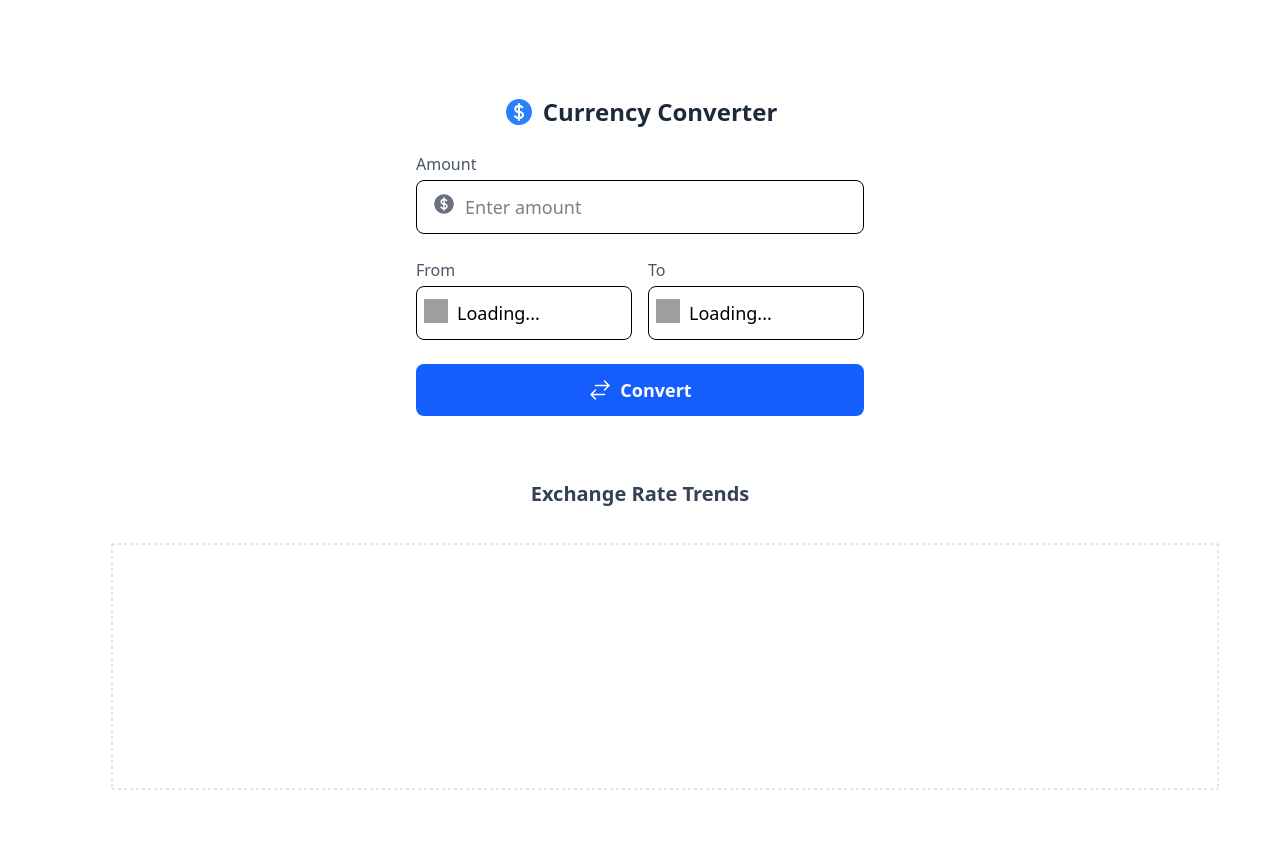
Repository: adrcstro/withcenter_developer_exam
Page: /
The author's editor kept a copy of each file at every save. The page is drawn from the files as they stood at one save, then again after the next save.
The browser window is 1280 px wide. The pictures show the whole page.
Pictures or frames that could not be fetched are drawn as grey boxes. The page's requests for data from a server got no answer. The project was rebuilt for these pictures with package versions that can differ from the ones it lists, and the page was loaded fresh each time. No one was signed in, and anything a server would have sent is missing. Also part of the build but not shown: vite.config.ts.

Above is the page before, as saved 2025-03-18 08:20:32.

### index.html
<!doctype html>
<html lang="en">
  <head>
    <meta charset="UTF-8" />
    <link rel="icon" type="image/svg+xml" href="/vite.svg" />
    <meta name="viewport" content="width=device-width, initial-scale=1.0" />
    <title>Vite + React + TS</title>
    <!-- public/index.html -->
  <link href="https://fonts.googleapis.com/css2?family=Montserrat:wght@300;400;500;700&display=swap" rel="stylesheet">


  </head>
  <body>
    <div id="root"></div>
    <script type="module" src="/src/main.tsx"></script>
  </body>
</html>

### src/main.tsx

import { createRoot } from 'react-dom/client'
import './index.css'
import App from './App.tsx'

createRoot(document.getElementById('root')!).render(

    <App />

)

### src/App.tsx
import { Provider } from "react-redux";
import { QueryClient, QueryClientProvider } from "@tanstack/react-query";
import { store } from "./Store/store";
import { useAppDispatch, useAppSelector } from "./Store/hooks";
import { setAmount, setFromCurrency, setToCurrency, setConvertedAmount } from "./Store/exchangeRateSlice";
import { useExchangeRates, useSupportedCurrencies } from "./Store/useExchangeRates";
import { ArrowsRightLeftIcon, CurrencyDollarIcon } from "@heroicons/react/24/solid";
import { AreaChart, Area, XAxis, YAxis, CartesianGrid, Tooltip, ResponsiveContainer } from "recharts";

const queryClient = new QueryClient();

// Define an interface for currencies
interface Currency {
  code: string;
  name: string;
}

const currencyToCountryCode: Record<string, string> = {
  USD: "us", EUR: "eu", GBP: "gb", JPY: "jp", AUD: "au", CAD: "ca", CHF: "ch", CNY: "cn",
  INR: "in", BRL: "br", ZAR: "za", MXN: "mx", AED: "ae", AFN: "af", ALL: "al", AMD: "am",
  ANG: "an", AOA: "ao", ARS: "ar", AWG: "aw", AZN: "az", BBD: "bb", BDT: "bd", BGN: "bg",
  BHD: "bh", BIF: "bi", BMD: "bm", BND: "bn", BOB: "bo", BSD: "bs", BTN: "bt", BWP: "bw",
  BYN: "by", BZD: "bz", CLP: "cl", COP: "co", CRC: "cr", CUP: "cu", CVE: "cv", CZK: "cz",
  DJF: "dj", DKK: "dk", DOP: "do", DZD: "dz", EGP: "eg", ERN: "er", ETB: "et", FJD: "fj",
  FKP: "fk", FOK: "fo", GEL: "ge", GGP: "gg", GHS: "gh", GIP: "gi", GMD: "gm", GNF: "gn",
  GTQ: "gt", GYD: "gy", HKD: "hk", HNL: "hn", HRK: "hr", HTG: "ht", HUF: "hu", IDR: "id",
  ILS: "il", ISK: "is", JMD: "jm", JOD: "jo", KES: "ke", KGS: "kg", KHR: "kh", KMF: "km",
  KRW: "kr", KWD: "kw", KYD: "ky", KZT: "kz", LAK: "la", LBP: "lb", LKR: "lk", LRD: "lr",
  LSL: "ls", LYD: "ly", MAD: "ma", MDL: "md", MGA: "mg", MKD: "mk", MMK: "mm", MNT: "mn",
  MOP: "mo", MRU: "mr", MUR: "mu", MVR: "mv", MWK: "mw", MYR: "my", MZN: "mz", NAD: "na",
  NGN: "ng", NIO: "ni", NOK: "no", NPR: "np", NZD: "nz", OMR: "om", PAB: "pa", PEN: "pe",
  PGK: "pg", PHP: "ph", PKR: "pk", PLN: "pl", PYG: "py", QAR: "qa", RON: "ro", RSD: "rs",
  RUB: "ru", RWF: "rw", SAR: "sa", SBD: "sb", SCR: "sc", SDG: "sd", SEK: "se", SGD: "sg",
  SHP: "sh", SLL: "sl", SOS: "so", SRD: "sr", SSP: "ss", STN: "st", SYP: "sy", SZL: "sz",
  THB: "th", TJS: "tj", TMT: "tm", TND: "tn", TOP: "to", TRY: "tr", TTD: "tt", TZS: "tz",
  UAH: "ua", UGX: "ug", UYU: "uy", UZS: "uz", VES: "ve", VND: "vn", VUV: "vu", WST: "ws",
  XAF: "cm", XCD: "ag", XOF: "bj", XPF: "pf", YER: "ye", ZMW: "zm", ZWL: "zw",
};


const getFlagUrl = (currencyCode: string) => {
  const countryCode = currencyToCountryCode[currencyCode] || currencyCode.toLowerCase();
  return `https://flagcdn.com/w40/${countryCode}.png`;
};

function CurrencyConverter() {
  const dispatch = useAppDispatch();
  const { fromCurrency, toCurrency, amount, convertedAmount } = useAppSelector((state) => state.exchangeRates);

  const { data: exchangeRates } = useExchangeRates(fromCurrency);
  const { data: currencies, isLoading } = useSupportedCurrencies();

  const handleConvert = () => {
    if (!exchangeRates) return;
    const rate = exchangeRates[toCurrency] || 1;
    dispatch(setConvertedAmount((parseFloat(amount) * rate).toFixed(2)));
  };

  const chartData = exchangeRates
    ? Object.entries(exchangeRates).map(([currency, rate]) => ({ currency, rate }))
    : [];

  return (
    <div className="flex flex-col items-center justify-center min-h-screen  bg-white p-8">
      <div className="flex flex-col items-center justify-center w-full max-w-7xl mt-8 px-8">
        <div className="bg-white rounded-xl p-8 w-full max-w-lg">
          <h2 className="text-2xl font-bold text-gray-800 text-center mb-6 flex items-center justify-center gap-2">
            <CurrencyDollarIcon className="w-8 h-8 text-blue-500" />
            Currency Converter
          </h2>

          <div className="mb-6">
            <label className="block text-gray-600 text-base font-medium">Amount</label>
            <div className="relative">
              <input
                type="number"
                value={amount}
                onChange={(e) => dispatch(setAmount(e.target.value))}
                className="w-full mt-1 pl-12 pr-4 py-3 border rounded-lg text-lg focus:outline-none focus:ring-2 focus:ring-blue-400"
                placeholder="Enter amount"
              />
              <CurrencyDollarIcon className="w-6 h-6 text-gray-500 absolute left-4 top-4" />
            </div>
          </div>

          <div className="flex gap-4 mb-6">
            {/* From Currency */}
            <div className="w-1/2">
  <label className="block text-gray-600 text-base font-medium">From</label>
  <div className="relative flex items-center">
    <img src={getFlagUrl(fromCurrency)} alt={fromCurrency} className="w-6 h-6 absolute left-2" />
    <select
      value={fromCurrency}
      onChange={(e) => dispatch(setFromCurrency(e.target.value))}
      className="w-full mt-1 pl-10 pr-4 py-3 border rounded-lg text-lg focus:outline-none focus:ring-2 focus:ring-blue-400 appearance-none bg-white"
    >
      {isLoading ? (
        <option>Loading...</option>
      ) : (
        currencies?.map(({ code, name }: Currency) => (
          <option key={code} value={code} style={{ backgroundImage: `url(${getFlagUrl(code)})`, backgroundSize: '20px', paddingLeft: '30px' }}>
            {code} - {name}
          </option>
        ))
      )}
    </select>
  </div>
</div>

<div className="w-1/2">
  <label className="block text-gray-600 text-base font-medium">To</label>
  <div className="relative flex items-center">
    <img src={getFlagUrl(toCurrency)} alt={toCurrency} className="w-6 h-6 absolute left-2" />
    <select
      value={toCurrency}
      onChange={(e) => dispatch(setToCurrency(e.target.value))}
      className="w-full mt-1 pl-10 pr-4 py-3 border rounded-lg text-lg focus:outline-none focus:ring-2 focus:ring-blue-400 appearance-none bg-white"
    >
      {isLoading ? (
        <option>Loading...</option>
      ) : (
        currencies?.map(({ code, name }: Currency) => (
          <option key={code} value={code} style={{ backgroundImage: `url(${getFlagUrl(code)})`, backgroundSize: '20px', paddingLeft: '30px' }}>
            {code} - {name}
          </option>
        ))
      )}
    </select>
  </div>
</div>

          </div>

          <button
            onClick={handleConvert}
            className="w-full bg-blue-600 hover:bg-blue-700 text-white text-lg font-semibold py-3 rounded-lg flex items-center justify-center gap-2 transition duration-300"
          >
            <ArrowsRightLeftIcon className="w-6 h-6" />
            Convert
          </button>

          {convertedAmount && (
            <div className="mt-6 text-center">
              <p className="text-gray-800 text-xl">
                {amount} {fromCurrency} = <span className="font-bold text-green-600">{convertedAmount} {toCurrency}</span>
              </p>
            </div>
          )}
        </div>
      </div>

      {/* Chart Section */}
      <div className="w-full max-w-7xl mt-8">
        <h2 className="text-xl font-semibold text-gray-700 text-center mb-4">Exchange Rate Trends</h2>
        <ResponsiveContainer width="100%" height={300}>
          <AreaChart data={chartData} margin={{ top: 20, right: 30, left: 20, bottom: 5 }}>
            <CartesianGrid strokeDasharray="3 3" />
            <XAxis dataKey="currency" />
            <YAxis />
            <Tooltip />
            <Area type="monotone" dataKey="rate" stroke="#8884d8" fill="#8884d8" />
          </AreaChart>
        </ResponsiveContainer>
      </div>
    </div>
  );
}

export default function App() {
  return (
    <Provider store={store}>
      <QueryClientProvider client={queryClient}>
        <CurrencyConverter />
      </QueryClientProvider>
    </Provider>
  );
}

### src/Store/store.ts
// src/store/store.ts
import { configureStore } from "@reduxjs/toolkit";
import exchangeRateReducer from "./exchangeRateSlice";

export const store = configureStore({
  reducer: {
    exchangeRates: exchangeRateReducer,
  },
});

export type RootState = ReturnType<typeof store.getState>;
export type AppDispatch = typeof store.dispatch;

### src/Store/hooks.ts
// src/store/hooks.ts
import { TypedUseSelectorHook, useDispatch, useSelector } from "react-redux";
import type { RootState, AppDispatch } from "./store";

export const useAppDispatch: () => AppDispatch = useDispatch;
export const useAppSelector: TypedUseSelectorHook<RootState> = useSelector;

### src/Store/exchangeRateSlice.ts
// src/store/exchangeRateSlice.ts
import { createSlice, PayloadAction } from "@reduxjs/toolkit";

interface ExchangeRateState {
  fromCurrency: string;
  toCurrency: string;
  amount: string;
  convertedAmount: string;
}

const initialState: ExchangeRateState = {
  fromCurrency: "USD",
  toCurrency: "EUR",
  amount: "",
  convertedAmount: "",
};

const exchangeRateSlice = createSlice({
  name: "exchangeRate",
  initialState,
  reducers: {
    setFromCurrency: (state, action: PayloadAction<string>) => {
      state.fromCurrency = action.payload;
    },
    setToCurrency: (state, action: PayloadAction<string>) => {
      state.toCurrency = action.payload;
    },
    setAmount: (state, action: PayloadAction<string>) => {
      state.amount = action.payload;
    },
    setConvertedAmount: (state, action: PayloadAction<string>) => {
      state.convertedAmount = action.payload;
    },
  },
});

export const { setFromCurrency, setToCurrency, setAmount, setConvertedAmount } = exchangeRateSlice.actions;
export default exchangeRateSlice.reducer;

### src/Store/useExchangeRates.ts
import { useQuery } from "@tanstack/react-query";
import axios from "axios";

const API_KEY = import.meta.env.VITE_EXCHANGE_RATE_API_KEY;
const BASE_URL = "https://v6.exchangerate-api.com/v6";

// Fetch all supported currencies
const fetchCurrencies = async () => {
  const response = await axios.get(`${BASE_URL}/${API_KEY}/codes`);
  return response.data.supported_codes.map(([code, name]: [string, string]) => ({
    code,
    name,
  }));
};

// Fetch exchange rates based on `fromCurrency`
const fetchExchangeRates = async (fromCurrency: string) => {
  const response = await axios.get(`${BASE_URL}/${API_KEY}/latest/${fromCurrency}`);
  return response.data.conversion_rates;
};

// Custom hook to get the exchange rates
export const useExchangeRates = (fromCurrency: string) => {
  return useQuery({
    queryKey: ["exchangeRates", fromCurrency],
    queryFn: () => fetchExchangeRates(fromCurrency),
    staleTime: 1000 * 60 * 10, // 10 minutes cache
  });
};

// Custom hook to get supported currencies
export const useSupportedCurrencies = () => {
  return useQuery({
    queryKey: ["supportedCurrencies"],
    queryFn: fetchCurrencies,
    staleTime: Infinity, // Cache forever (currencies don't change often)
  });
};

Loaded but not shown: src/index.css (common file)

After the next save:
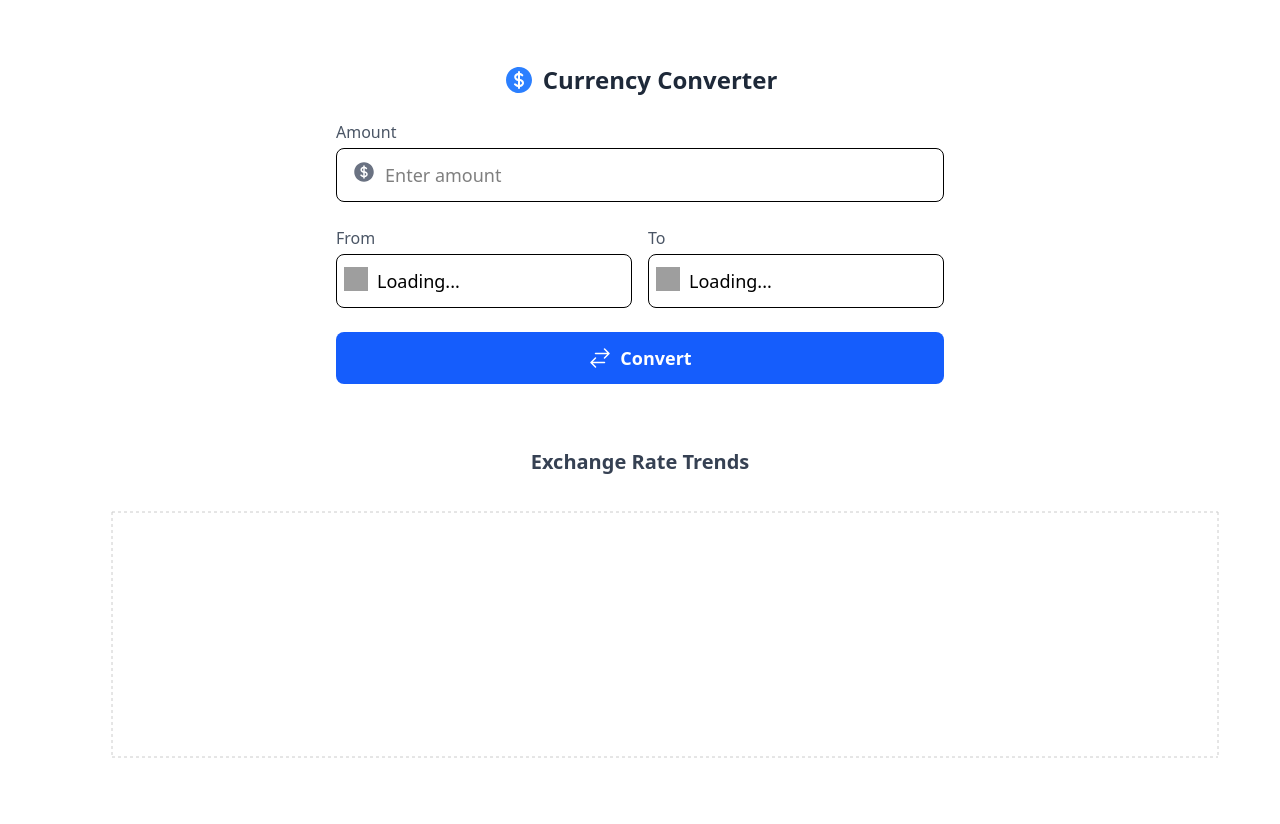
Saved 17 s later.
--- a/src/App.tsx
+++ b/src/App.tsx
@@ -62,8 +62,8 @@ function CurrencyConverter() {
 
   return (
     <div className="flex flex-col items-center justify-center min-h-screen  bg-white p-8">
-      <div className="flex flex-col items-center justify-center w-full max-w-7xl mt-8 px-8">
-        <div className="bg-white rounded-xl p-8 w-full max-w-lg">
+      <div className="flex flex-col items-center justify-center w-full max-w-[2000px] px-8">
+        <div className="bg-white rounded-xl p-8 w-full max-w-2xl">
           <h2 className="text-2xl font-bold text-gray-800 text-center mb-6 flex items-center justify-center gap-2">
             <CurrencyDollarIcon className="w-8 h-8 text-blue-500" />
             Currency Converter
